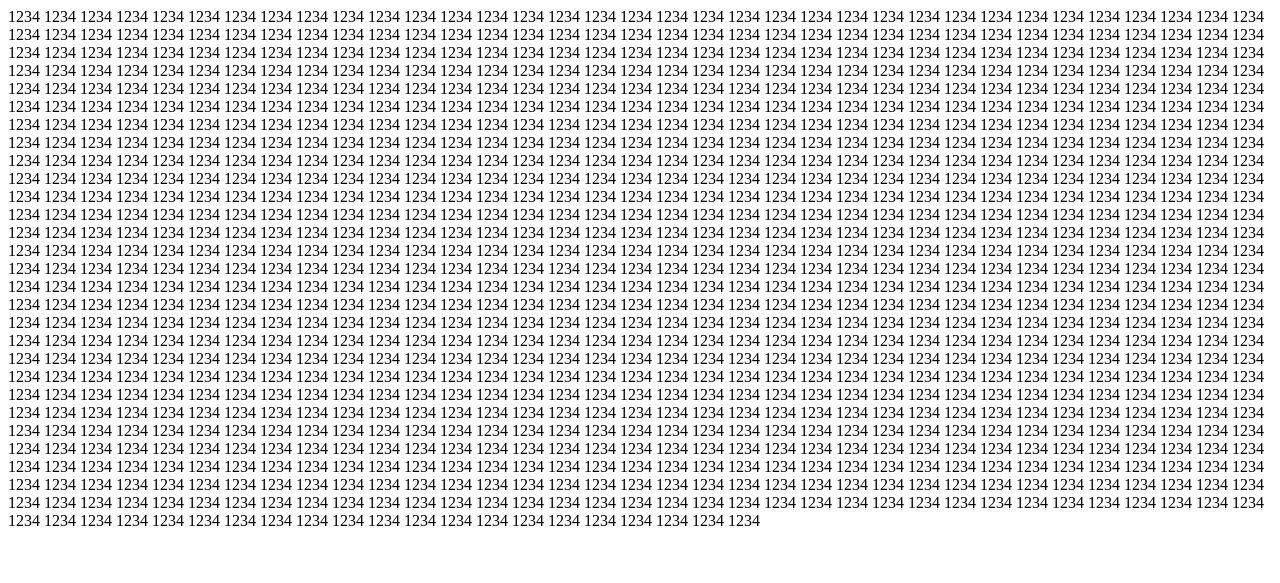
Repository: noopzzya/study_jsp_globalin
Page: http://localhost/ServletProject/directive/bufferEx.jsp
An editor plug-in stored every save of this project. The page is shown before and after the next save, followed by the edit.
The browser window is 1280 px wide. The pictures show the whole page.
The page is served by Tomcat 9.

Above is the page before, as saved 2023-01-31 03:05:32.

After the next save:
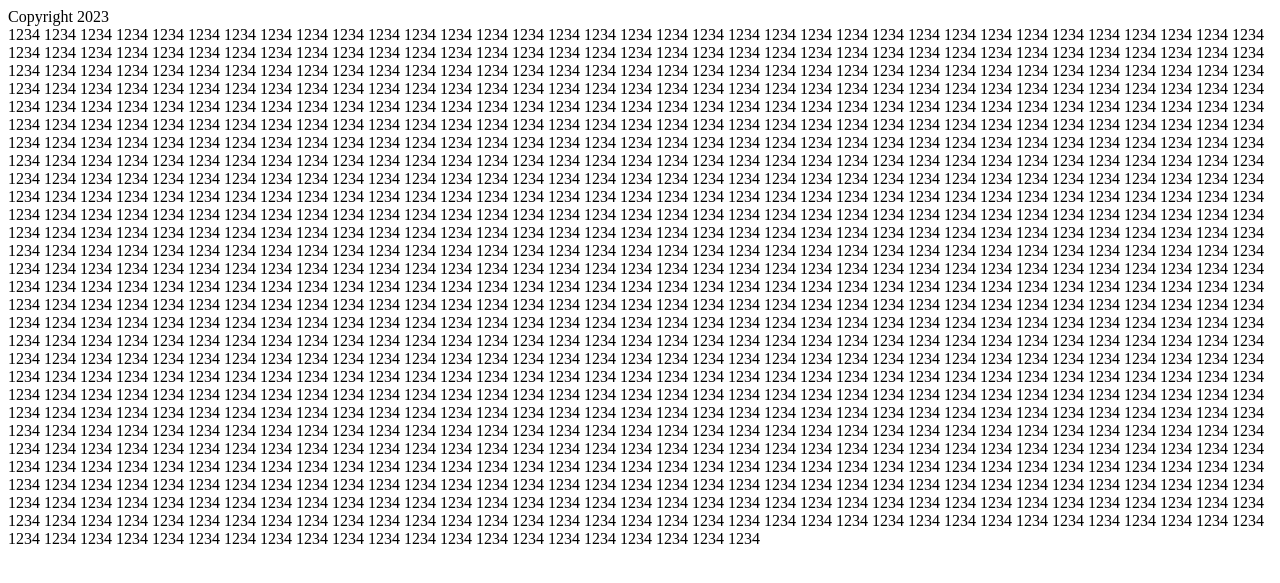
Saved 38 s later.
--- a/ServletProject/src/main/webapp/directive/bufferEx.jsp
+++ b/ServletProject/src/main/webapp/directive/bufferEx.jsp
@@ -7,6 +7,7 @@
 <title></title>
 </head>
 <body>
+<%=getServletInfo() %><br>
 
 <% for(int i=0; i<=1000; i++){ %>
 1234
